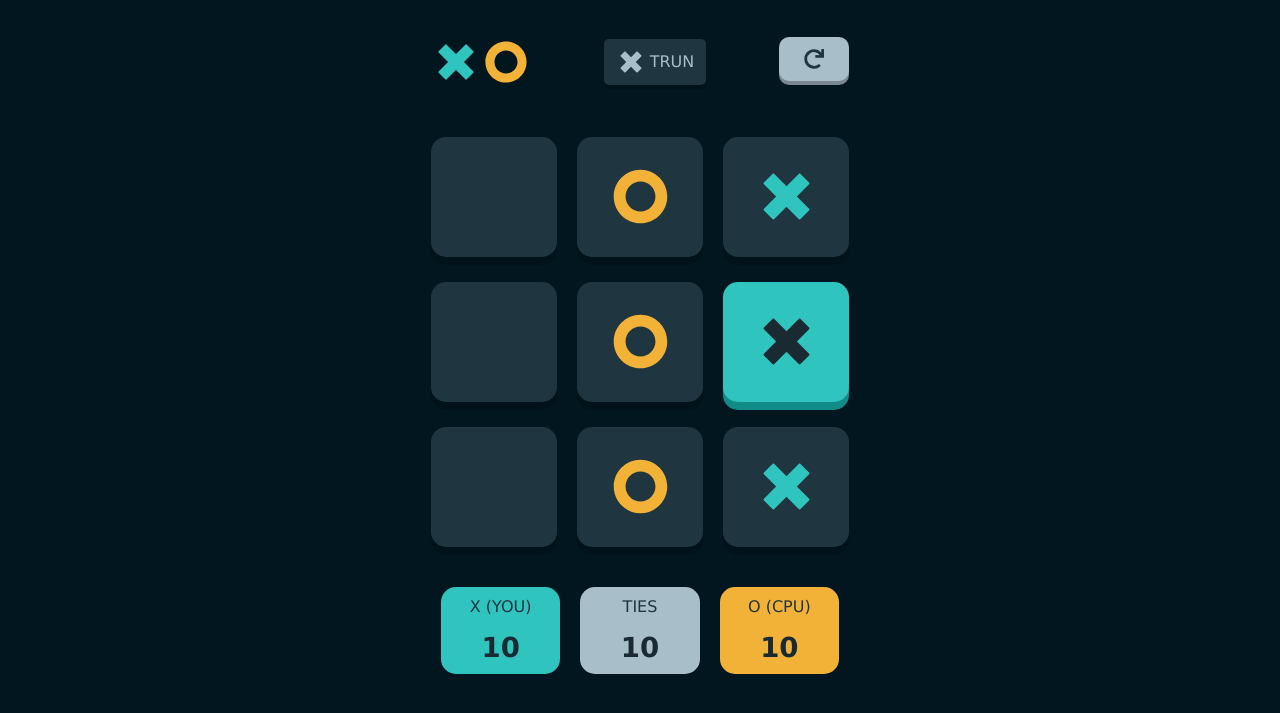
Repository: SD-Mdouka/XO_GAME
Page: /, after clicking the first element matching `button.btn`
These files come from the project's save history. The page is drawn as it stood at one moment and after the next save; the edit follows.
The browser window is 1280 px wide. The pictures show the whole page.
The project was rebuilt for these pictures with package versions that can differ from the ones it lists, and the page was loaded fresh each time. Also part of the build but not shown: src/component/modal/Restart.js, src/component/modal/Win.js.

Above is the page before, as saved 2022-08-30 12:52:46.

After the next save:
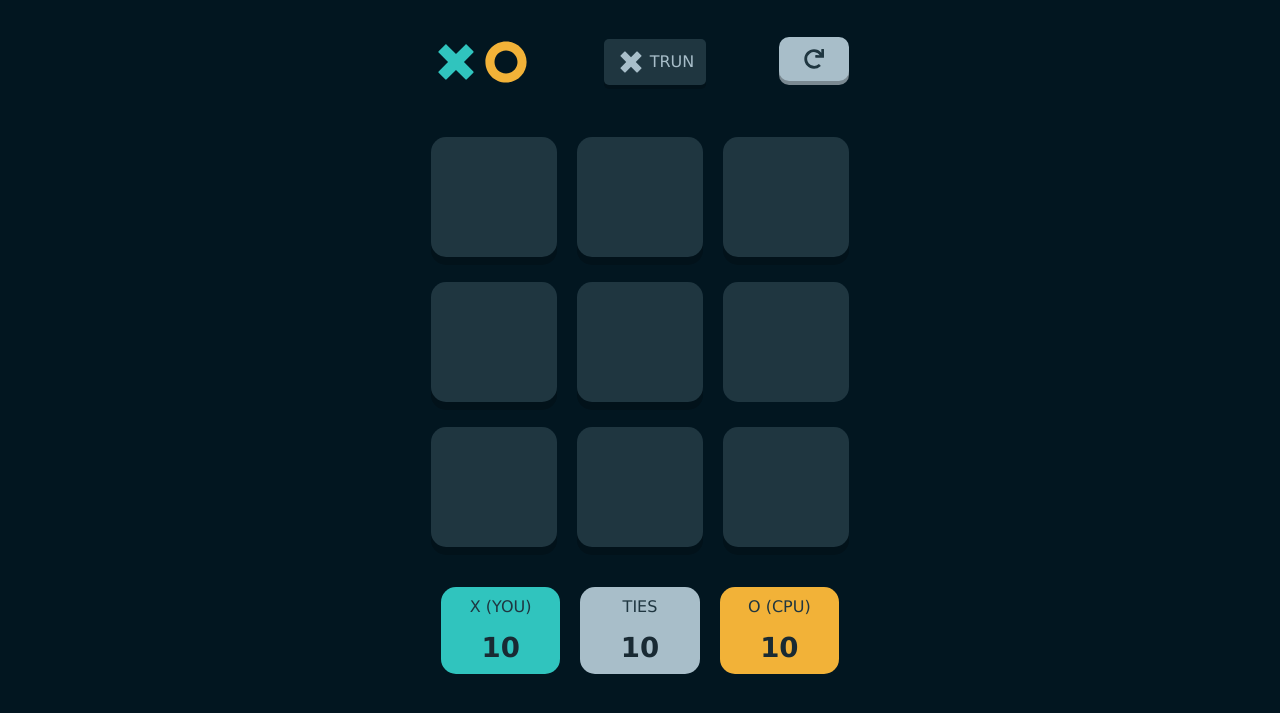
Saved 4 min 29 s later.
--- a/src/component/board/Board.js
+++ b/src/component/board/Board.js
@@ -1,11 +1,12 @@
-import React from "react";
+import React, { useContext } from "react";
 import Xicons from "../icons/Xicons";
 import Oicons from "../icons/Oicons";
 import Refrsh from "../icons/Refrsh";
 import BorardCard from "./BorardCard";
+import { GameContext } from "../context/GameContext";
 
 const Board = () => {
-  const squars = [" ", "o", "x", " ", "o", "x", " ", "o", "x"];
+  const { squares, handelSquareClicke } = useContext(GameContext);
   return (
     <div className="board">
       <div className="board__header">
@@ -23,7 +24,7 @@ const Board = () => {
         </div>
       </div>
       <div className="board__body">
-        {squars.map((sq, ix) => (
+        {squares.map((sq, ix) => (
           <BorardCard key={ix} index={ix} user={sq} active={ix === 5} />
         ))}
       </div>
